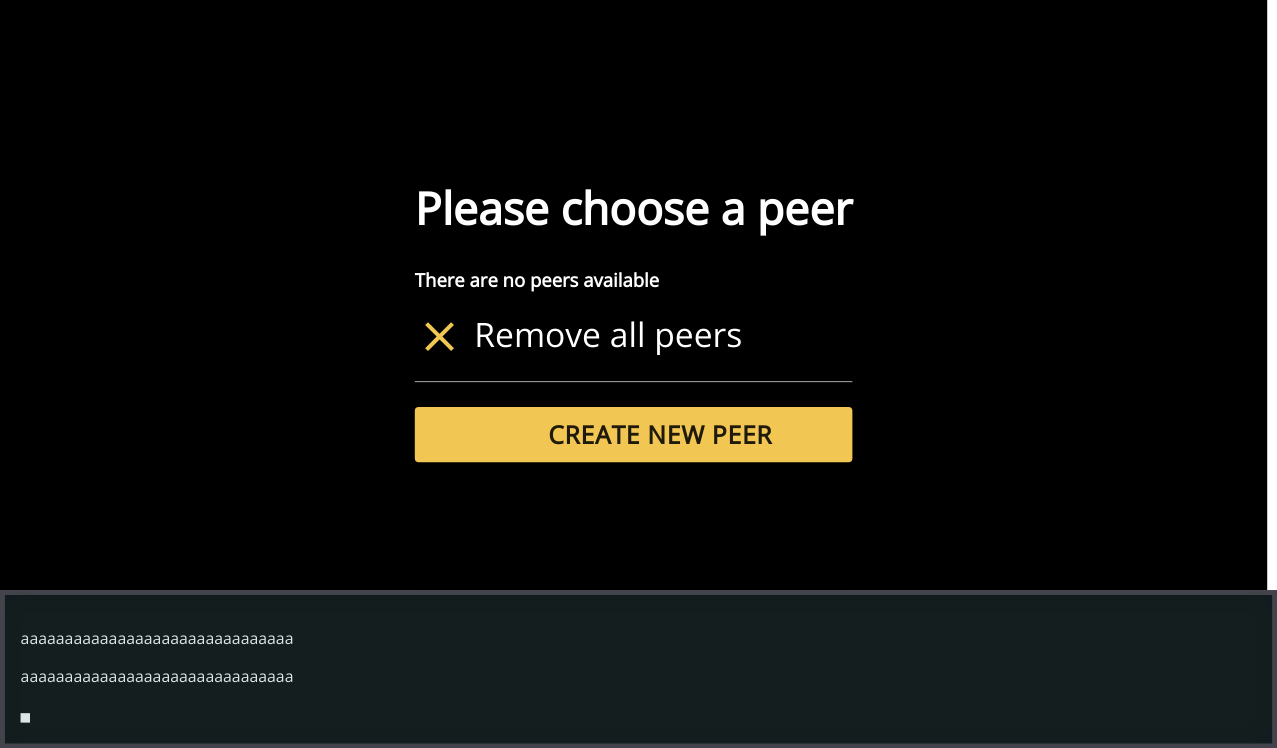
Repository: Bachdz/ASAP-Gui-Frontend
Page: /login
An editor plug-in stored every save of this project. The page is shown before and after the next save, followed by the edit.
The browser window is 1280 px wide. The page is 1290 px wide, so the pictures cover 1290 px, including what lies to the right of the window. The pictures show the whole page, at 99% of full size.
The page's requests for data from a server got no answer. The project was rebuilt for these pictures with package versions that can differ from the ones it lists, and the page was loaded fresh each time. No one was signed in, and anything a server would have sent is missing. Also part of the build but not shown: src/css/loginscreen/Peer.css, src/components/fragments/Footer.js, src/components/mainscreen/subcomponents/Apps.js, src/css/mainscreen/Main.css, src/components/mainscreen/Main.js.

Above is the page before, as saved 2020-12-16 19:26:56.

After the next save:
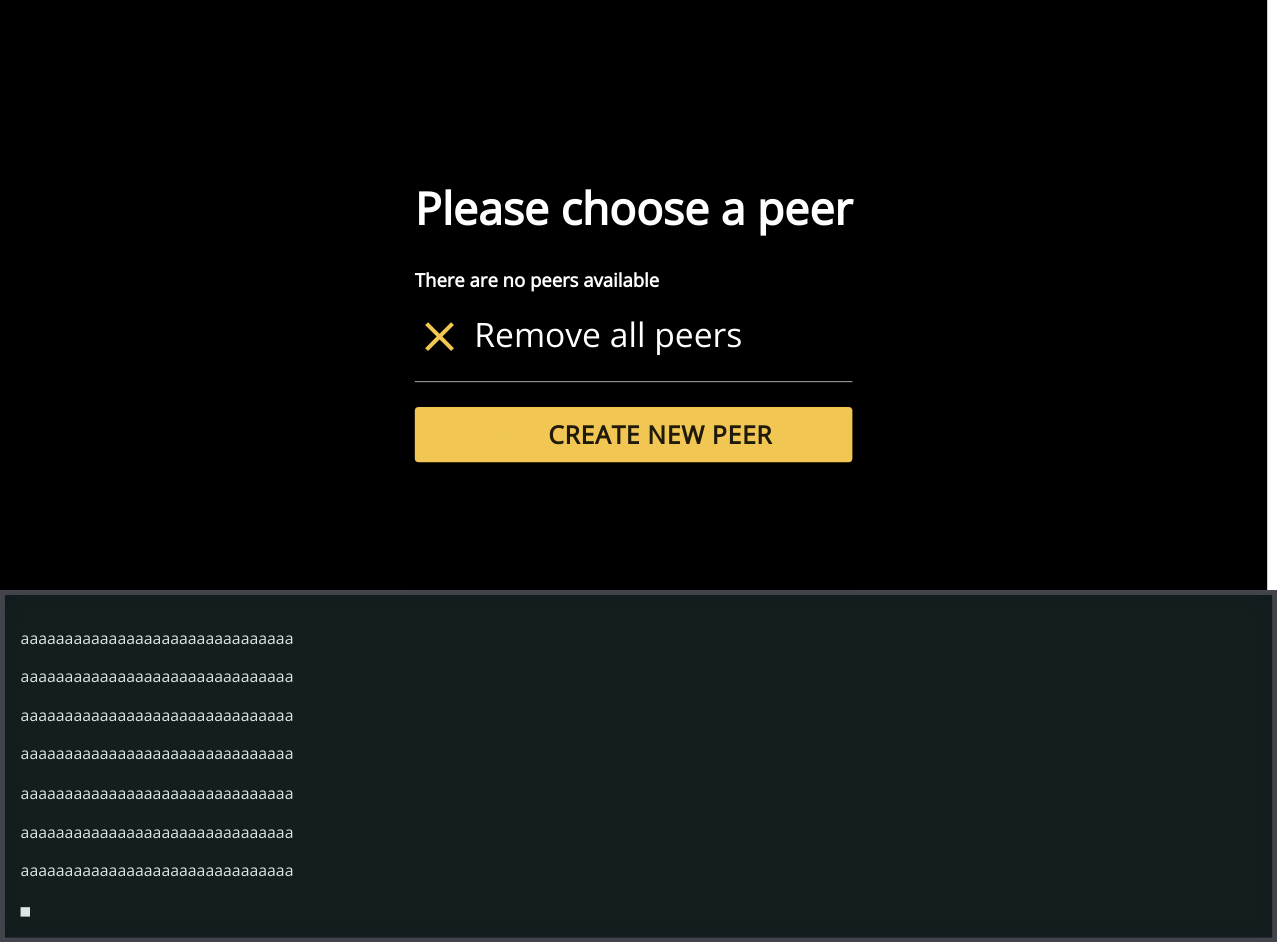
Saved 23 s later.
--- a/src/components/fragments/Terminal.js
+++ b/src/components/fragments/Terminal.js
@@ -9,6 +9,11 @@ export default function Terminal() {
             <pre class="i-has-teh-code">
                 <p>aaaaaaaaaaaaaaaaaaaaaaaaaaaaaaa</p>
                 <p>aaaaaaaaaaaaaaaaaaaaaaaaaaaaaaa</p>
+                <p>aaaaaaaaaaaaaaaaaaaaaaaaaaaaaaa</p>
+                <p>aaaaaaaaaaaaaaaaaaaaaaaaaaaaaaa</p>
+                <p>aaaaaaaaaaaaaaaaaaaaaaaaaaaaaaa</p>
+                <p>aaaaaaaaaaaaaaaaaaaaaaaaaaaaaaa</p>
+                <p>aaaaaaaaaaaaaaaaaaaaaaaaaaaaaaa</p>
 
             </pre>
         </div>
